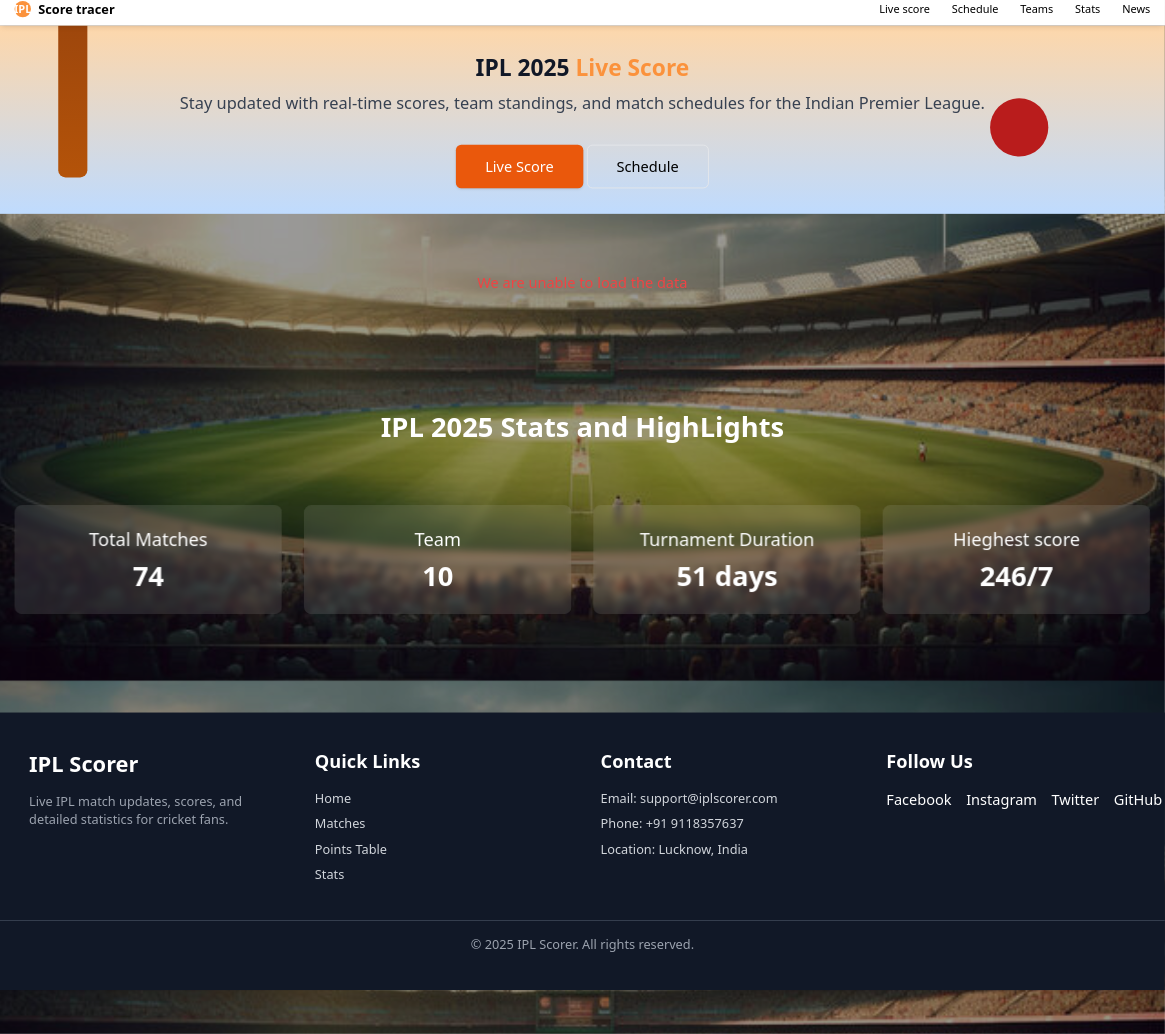
Repository: GauraVPandeyyy/IPL_PointsTable
Page: /
These files come from the project's save history. The page is drawn as it stood at one moment and after the next save; the edit follows.
The browser window is 1280 px wide. The pictures show the whole page, at 91% of full size.
The page's requests for data from a server got no answer. Backgrounds fixed to the window are drawn as part of the page. Some web libraries are served in a nearby version. The project was rebuilt for these pictures with package versions that can differ from the ones it lists, and the page was loaded fresh each time. No one was signed in, and anything a server would have sent is missing. Also part of the build but not shown: vite.config.js.

Above is the page before, as saved 2025-04-18 16:09:43.

After the next save:
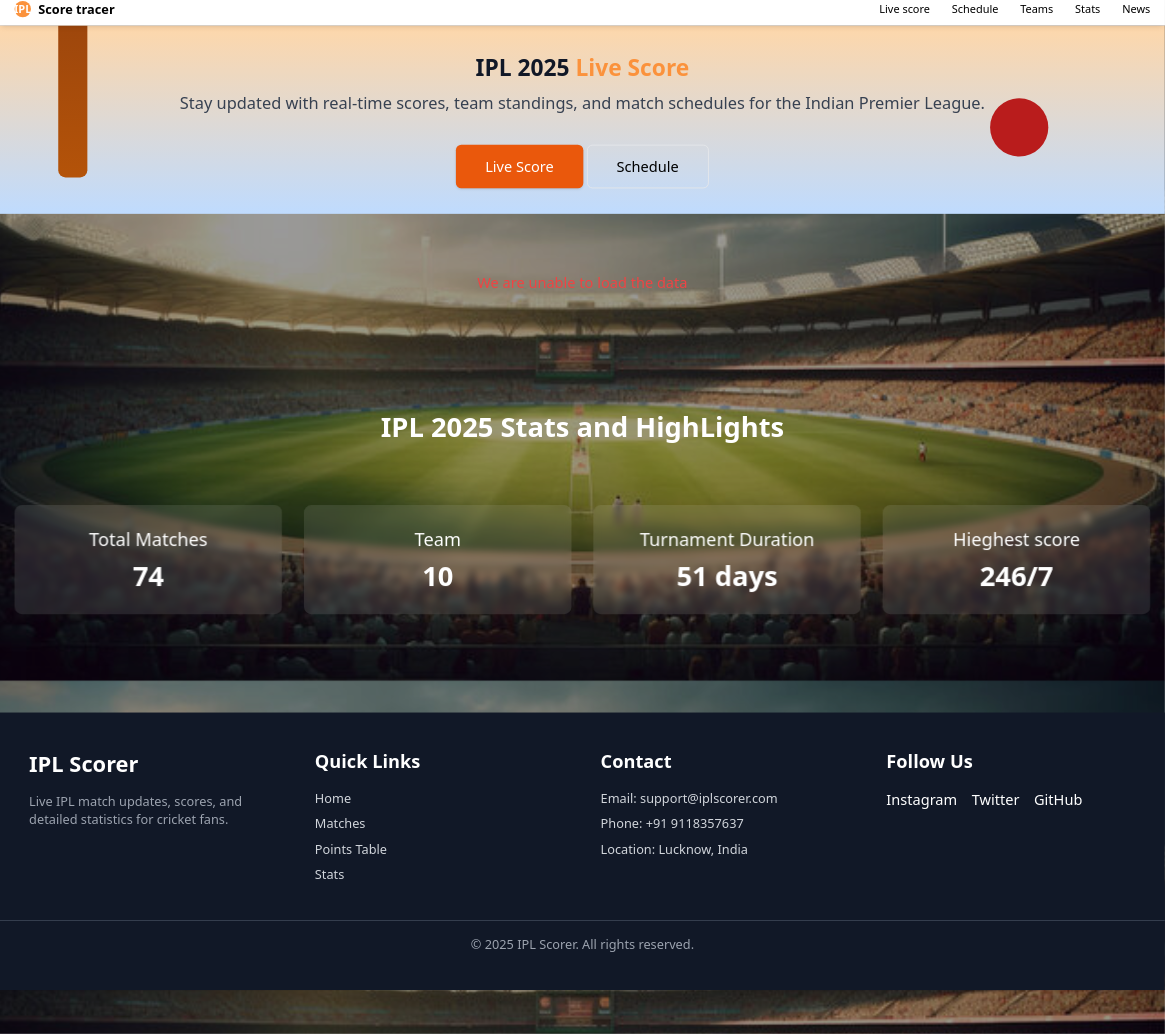
Saved 11 s later.
--- a/src/components/Footer.jsx
+++ b/src/components/Footer.jsx
@@ -35,7 +35,6 @@
           <div>
             <h3 className="text-xl font-semibold mb-4">Follow Us</h3>
             <div className="flex space-x-4">
-              <a href="#" className="hover:text-blue-400 transition-colors">Facebook</a>
               <a href="#" className="hover:text-pink-400 transition-colors">Instagram</a>
               <a href="#" className="hover:text-blue-300 transition-colors">Twitter</a>
               <a href="#" className="hover:text-gray-300 transition-colors">GitHub</a>
